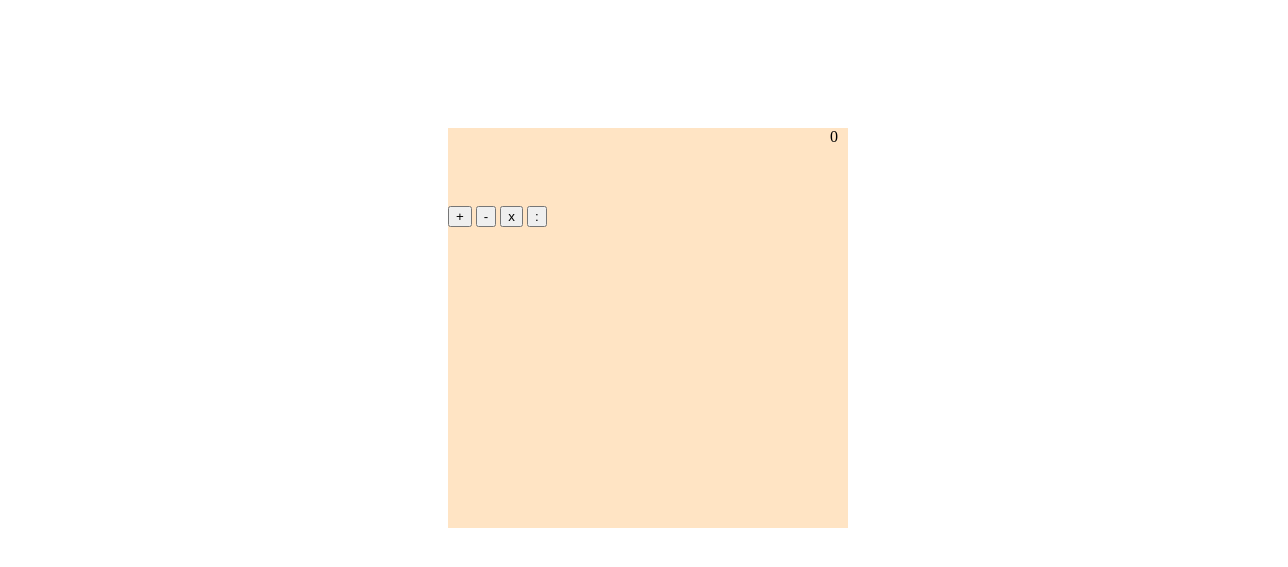
Repository: CryptoFamilyNFT/develhope
Page: css/Grid 2/calculator.html
These files come from the project's save history. The page is drawn as it stood at one moment and after the next save; the edit follows.
The browser window is 1280 px wide. The page is 1288 px wide, so the pictures cover 1288 px, including what lies to the right of the window. The pictures show the whole page.

Above is the page before, as saved 2024-11-15 12:50:19.

### css/Grid 2/calculator.html
<!DOCTYPE html>
<html lang="en">
<head>
    <meta charset="UTF-8">
    <meta name="viewport" content="width=device-width, initial-scale=1.0">
    <title>Document</title>
    <link rel="stylesheet" href="calculator.css">
</head>
<body>
    <div class="container">
        <div class="result">
            0
        </div>
        <div class="operator">
            <button>+</button>
            <button>-</button>
            <button>x</button>
            <button>:</button>
        </div>
        <div class="numbers">

        </div>
        <div class="equal">

        </div>
    </div>
</body>
</html>

### css/Grid 2/calculator.css
body {
    width: 100%;
    height: 100%;
    margin-top: 10%;
    display: flex;
    justify-content: center;
    align-items: center;
}

.container {
    height: 400px;
    width: 400px;
    background-color: bisque;
    display: grid;
    grid-template-columns: auto auto auto auto;
    grid-template-rows: auto auto auto auto auto auto;
}

.result {
    display: flex;
    grid-area: 1 / 4 / span 1;
    justify-content: flex-end;
    padding-right: 10px;
}

.container > .operator {
    width: 100%;
    grid-template-columns: span 4;
    grid-row: 2;
}

After the next save:
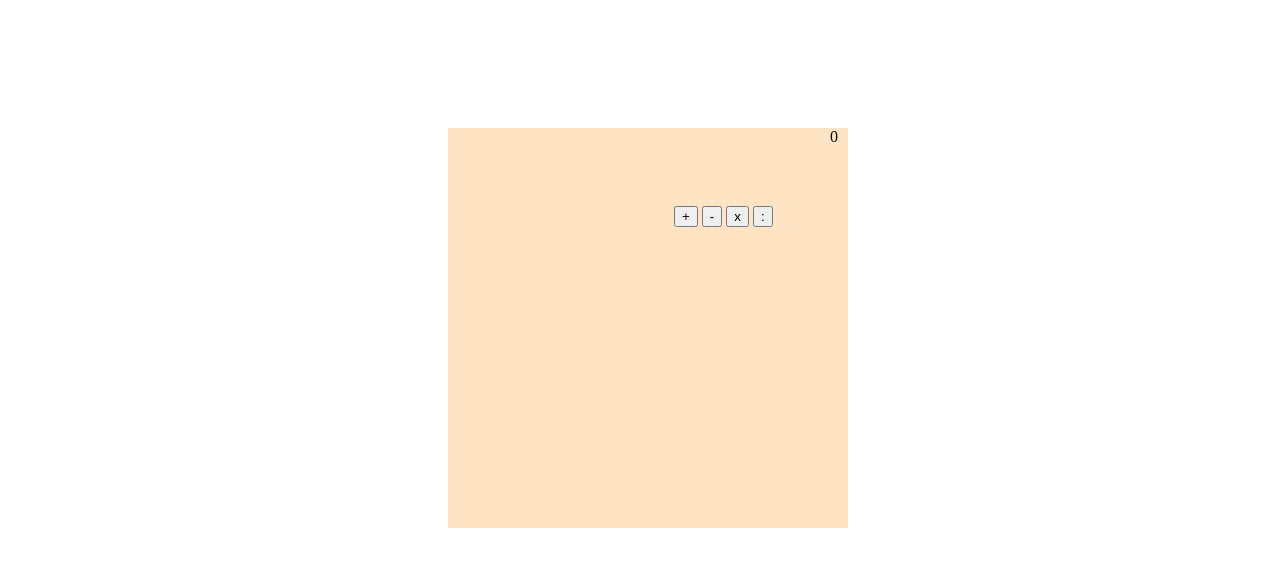
Saved 16 s later.
--- a/css/Grid 2/calculator.css
+++ b/css/Grid 2/calculator.css
@@ -25,6 +25,6 @@
 
 .container > .operator {
     width: 100%;
-    grid-template-columns: span 4;
+    grid-area: 1 / 4 / span 1;
     grid-row: 2;
 }

After the save that followed:
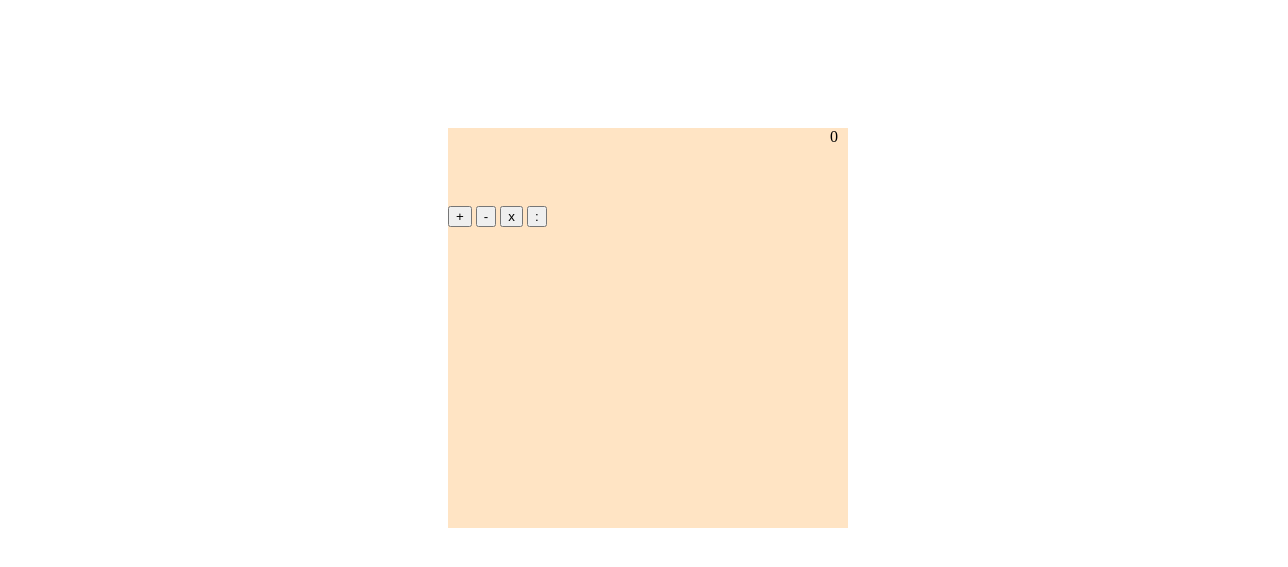
Saved 9 s later.
--- a/css/Grid 2/calculator.css
+++ b/css/Grid 2/calculator.css
@@ -25,6 +25,6 @@
 
 .container > .operator {
     width: 100%;
-    grid-area: 1 / 4 / span 1;
+    grid-area: 1 / auto / span 1;
     grid-row: 2;
 }
